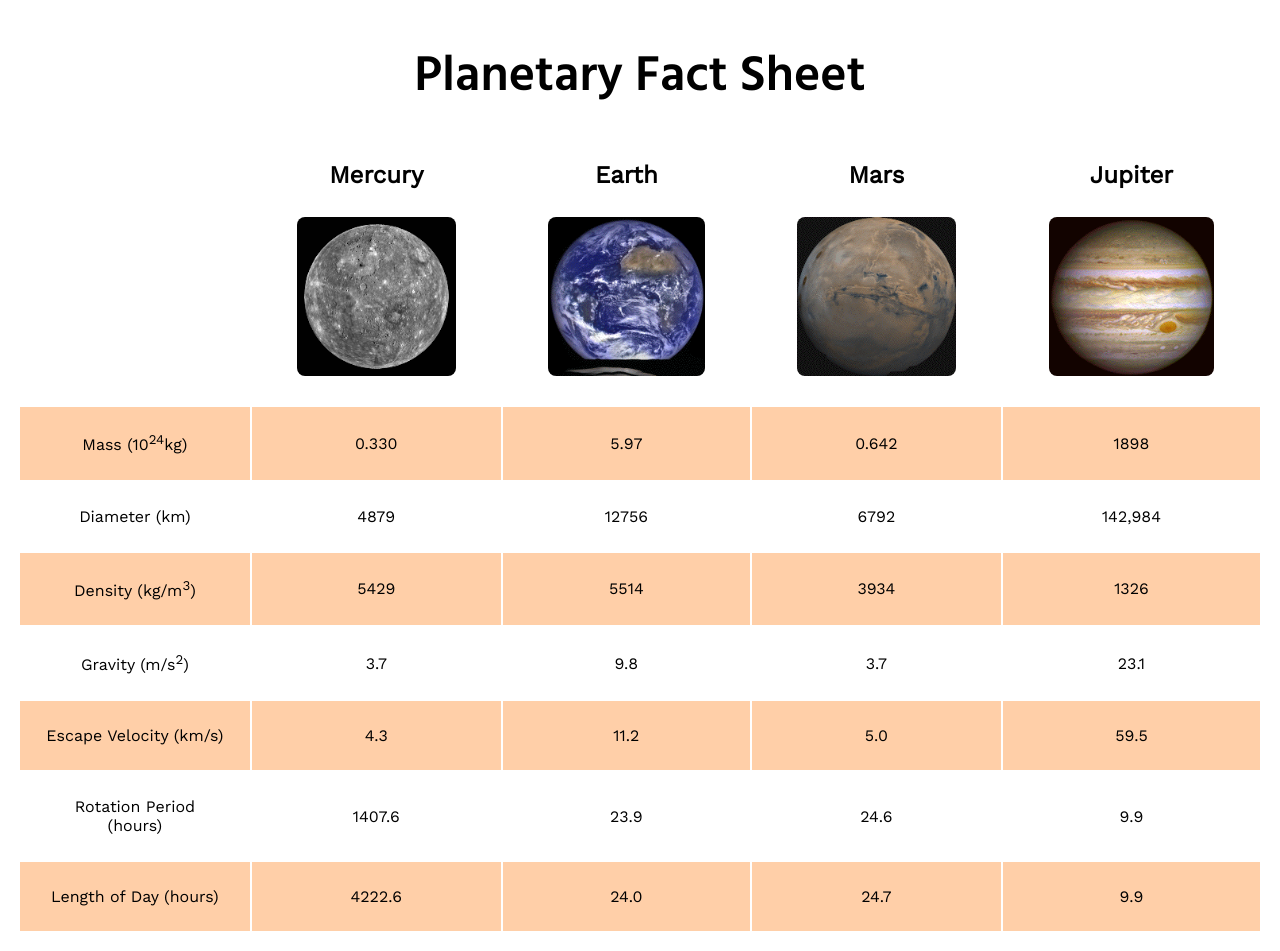
Repository: rishondass/ITMD361-Lab5
Page: index.html
An editor plug-in stored every save of this project. The page is shown before and after the next save, followed by the edit.
The browser window is 1280 px wide. The pictures show the whole page.

Above is the page before, as saved 2023-02-22 19:29:56.

After the next save:
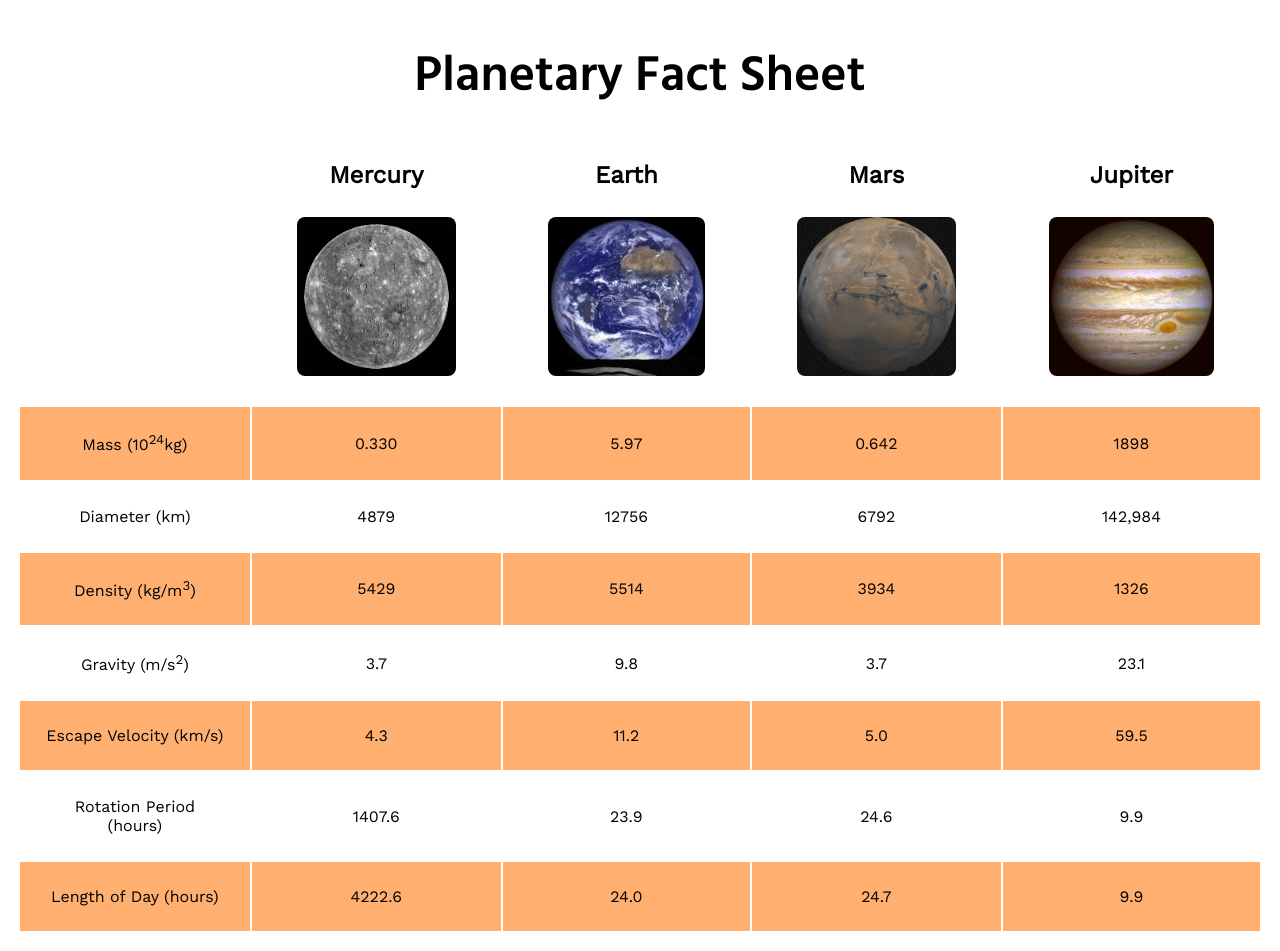
Saved 4 s later.
--- a/css/style.css
+++ b/css/style.css
@@ -24,7 +24,7 @@
 }
 
 #planets tr:nth-child(even){
-  background-color: rgba(255, 115, 0, 0.342);
+  background-color: rgba(255, 115, 0, 0.562);
 }
 
 .planetImage {
